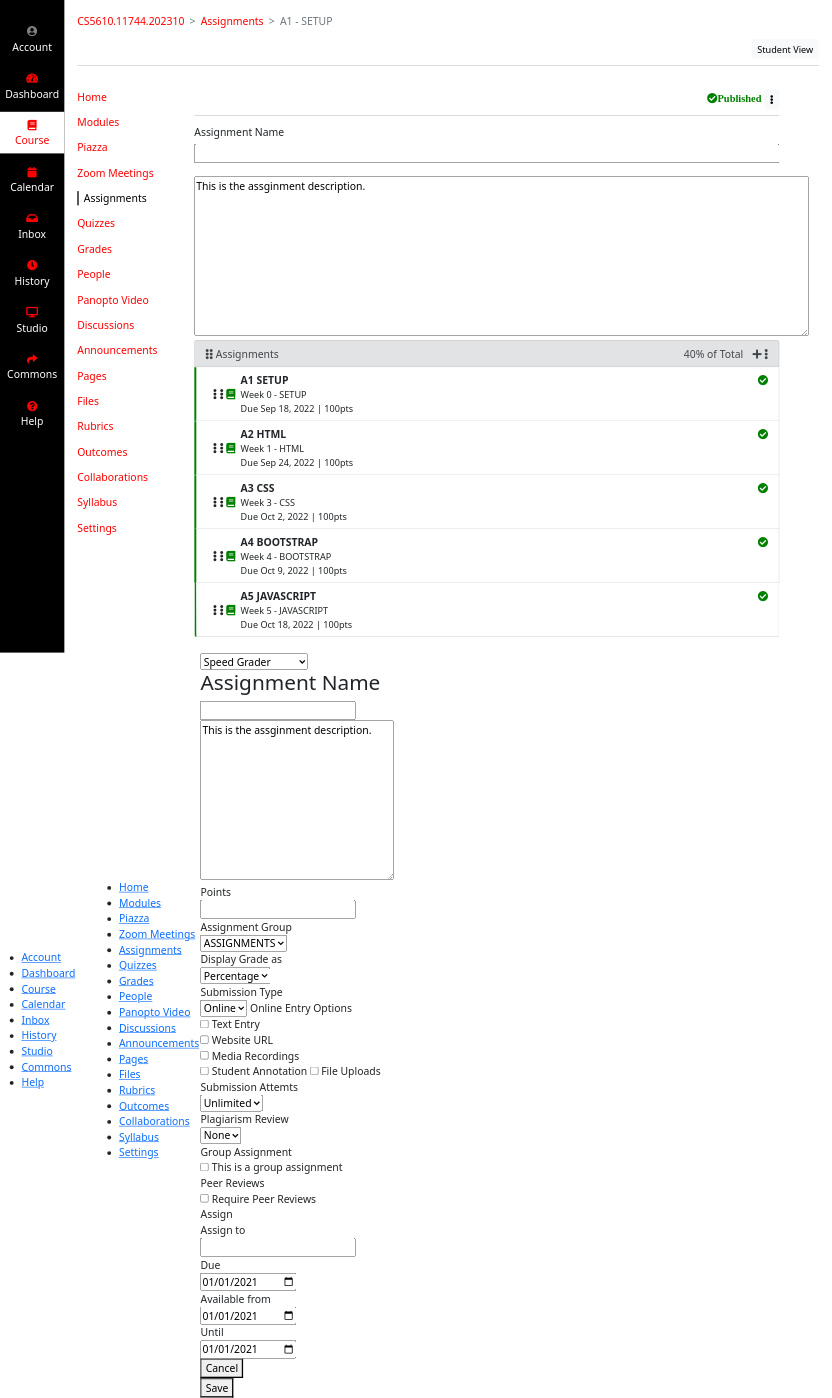
Repository: yuqiant/kanbas-react-web-app
Page: public/kanbas/assignment/edit.html
The author's editor kept a copy of each file at every save. The page is drawn from the files as they stood at one save, then again after the next save.
The browser window is 1280 px wide. The pictures show the whole page, at 65% of full size.

Above is the page before, as saved 2023-10-05 00:43:25.

After the next save:
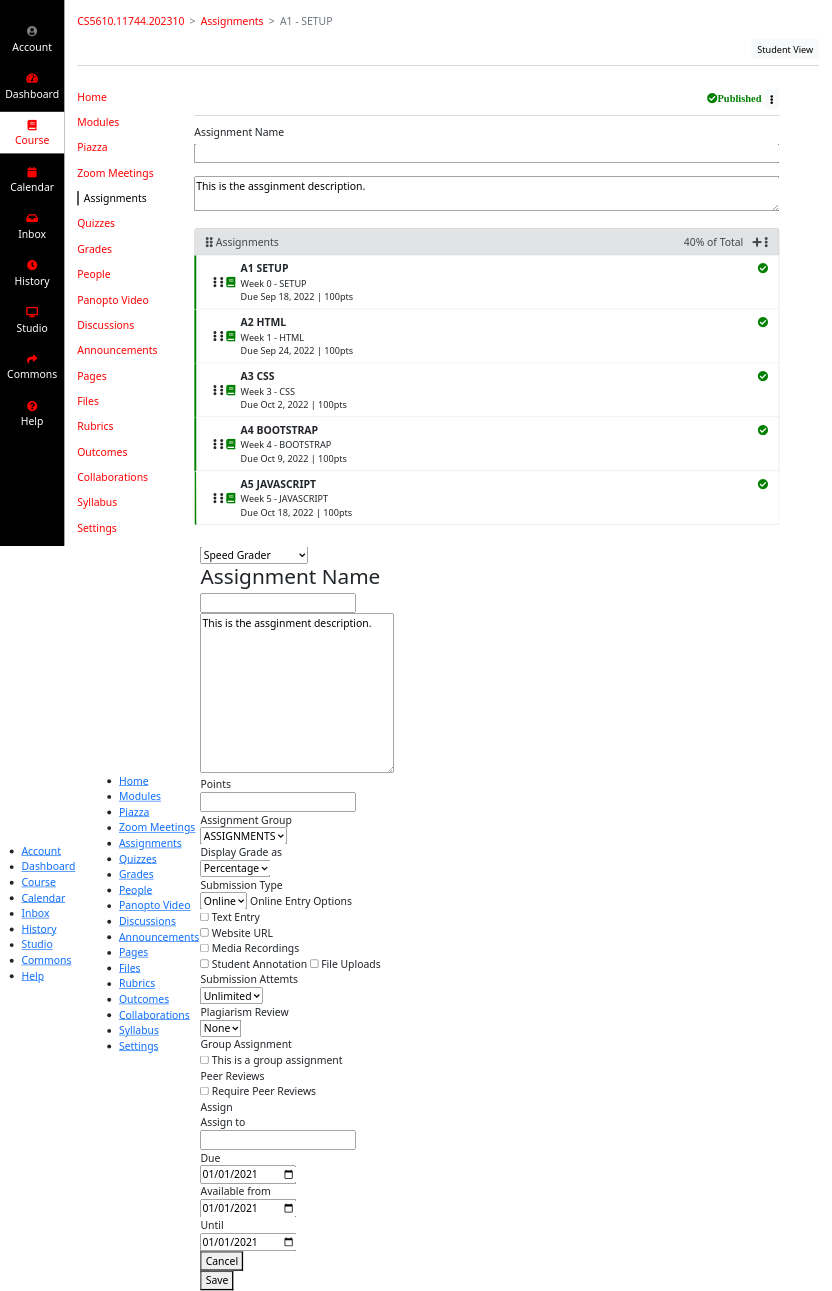
Saved 32 s later.
--- a/public/kanbas/assignment/edit.html
+++ b/public/kanbas/assignment/edit.html
@@ -92,7 +92,8 @@
 
                     <input id="text-fields-assginment" style="width: 900px; margin-bottom: 20px;" /><br />
                     <form id="textarea">
-                        <textarea cols="100" rows="10">This is the assginment description.</textarea>
+                        <textarea
+                            style="width: 900px; margin-bottom: 20px;">This is the assginment description.</textarea>
                     </form>
 
 
